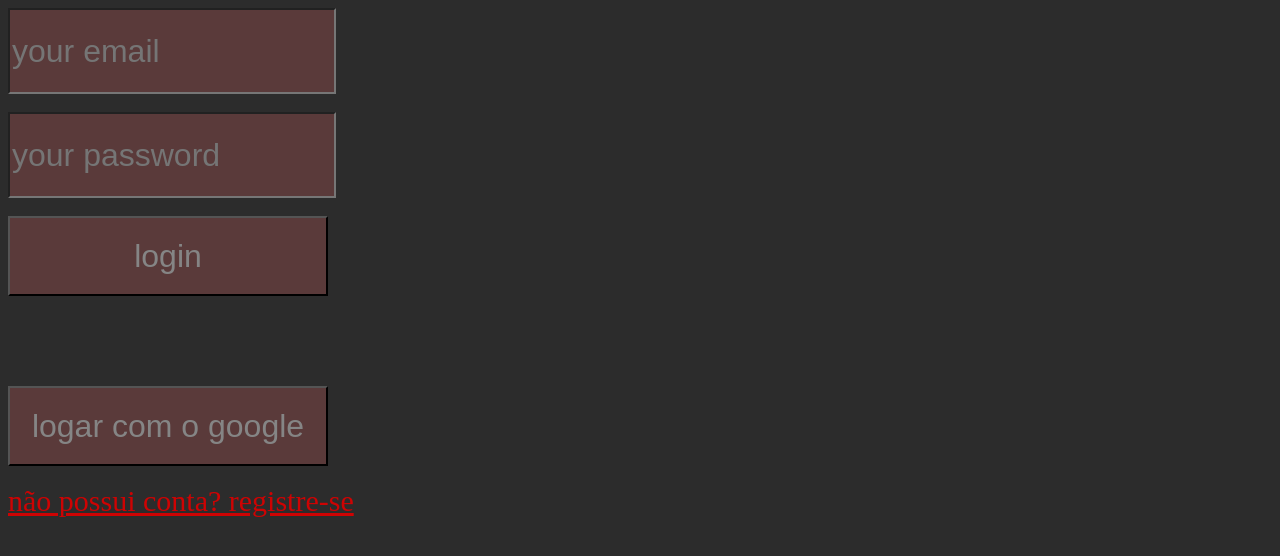
Repository: Vinicius-Borges7/NMLS
Page: frontend/pages/index.html
An editor plug-in stored every save of this project. The page is shown before and after the next save, followed by the edit.
The browser window is 1280 px wide. The pictures show the whole page.

Above is the page before, as saved 2023-05-22 14:52:41.

### frontend/pages/index.html
<!DOCTYPE html>
<html lang="en">
<head>
    <meta charset="UTF-8">
    <meta http-equiv="X-UA-Compatible" content="IE=edge">
    <meta name="viewport" content="width=device-width, initial-scale=1.0">
    <title>login</title>

    <link href="../styles/index.css" rel="stylesheet"/>
    <script src="../scripts/index.js" async></script>
</head>
<body>
    <section>
        <input name="email" id="iptEmail" placeholder="your email" required/><br/><br/>
        <input name="password" id="iptPassword" placeholder="your password" required/><br/><br/>
        <button onclick="login()">login</button><br/><br/><br/><br/><br/>
    </section>
    <br/>
    <section>
        <button>logar com o google</button>
    </section>
    <section>
        <br/>
        <a href="file:///C:/Users/if4health/Desktop/LoginSystem/frontend/pages/register.html">não possui conta? registre-se</a>
    </section>
</body>
</html>

### frontend/styles/index.css
body{
    background-color: rgb(44, 44, 44);
}

input{
    background-color: rgb(90, 58, 58);
    width: 20rem;
    height: 5rem;
    font-size: 2rem;

    color: rgb(206, 3, 3);
}

button{
    background-color: rgb(90, 58, 58);
    width: 20rem;
    height: 5rem;
    font-size: 2rem;

    color: rgb(133, 133, 133);
}

a{
    color: rgb(206, 3, 3);
    font-size: 30px;
}

### frontend/scripts/index.js
async function login() {
    const email = document.querySelector('#iptEmail').value;
    const password = document.querySelector('#iptPassword').value;

    const body = {
      email: email,
      password: password
    };

    try {
      const response = await fetch('http://localhost:8080/user/login', {
        method: 'POST',
        headers: {
          'Content-Type': 'application/json'
        },
        body: JSON.stringify(body)
      });

      let data = await response.json();

      if(response.status === 200){
        console.log(data.token);
      }

      if (response.status === 401) {
        throw new Error('Credenciais inválidas');
      }

      if (!response.ok) {
        throw new Error('Erro na requisição');
      }

    } catch (error) {
      console.error(error);
        window.alert("senha incorreta")
    }
  }

After the next save:
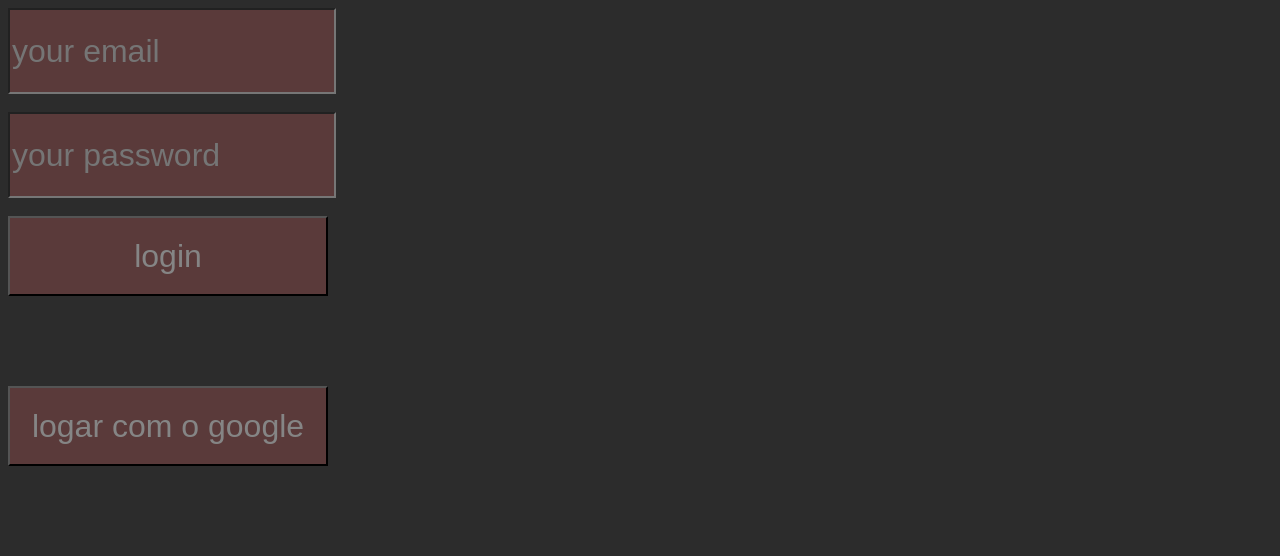
Saved 10 s later.
--- a/frontend/pages/index.html
+++ b/frontend/pages/index.html
@@ -19,9 +19,5 @@
     <section>
         <button>logar com o google</button>
     </section>
-    <section>
-        <br/>
-        <a href="file:///C:/Users/if4health/Desktop/LoginSystem/frontend/pages/register.html">não possui conta? registre-se</a>
-    </section>
 </body>
 </html>
